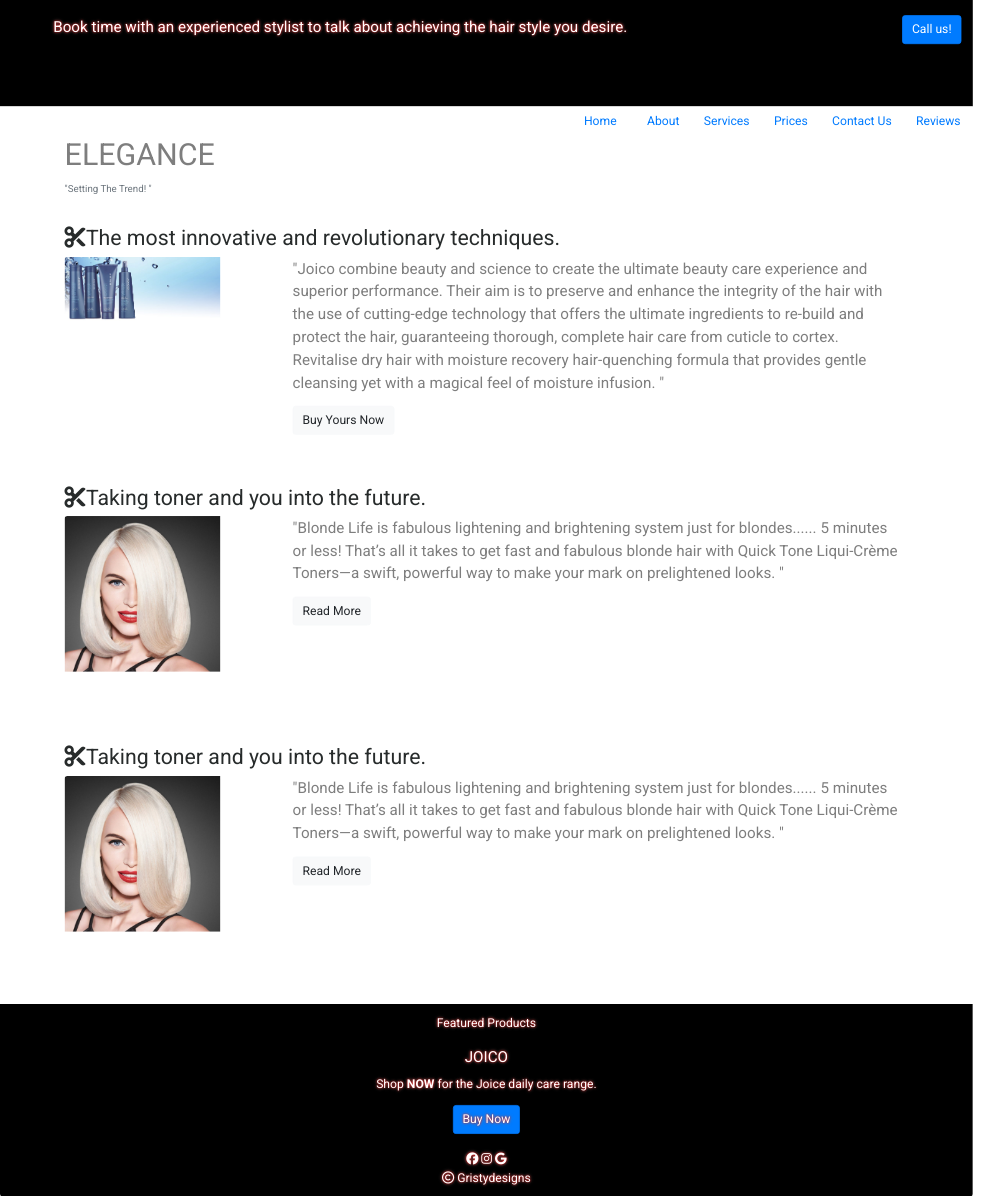
Repository: Gristydesigns/elegance-salon
Page: products.html
The author's editor kept a record of every edit. The page is drawn from the files as they stood at one moment, then again after the next edit.
The browser window is 1280 px wide. The page is 1295 px wide, so the pictures cover 1295 px, including what lies to the right of the window. The pictures show the whole page, at 76% of full size.
Some web libraries are served in a nearby version.

Above is the page before.
Console error: TypeError: Cannot read properties of undefined (reading 'fn')

After the next edit:
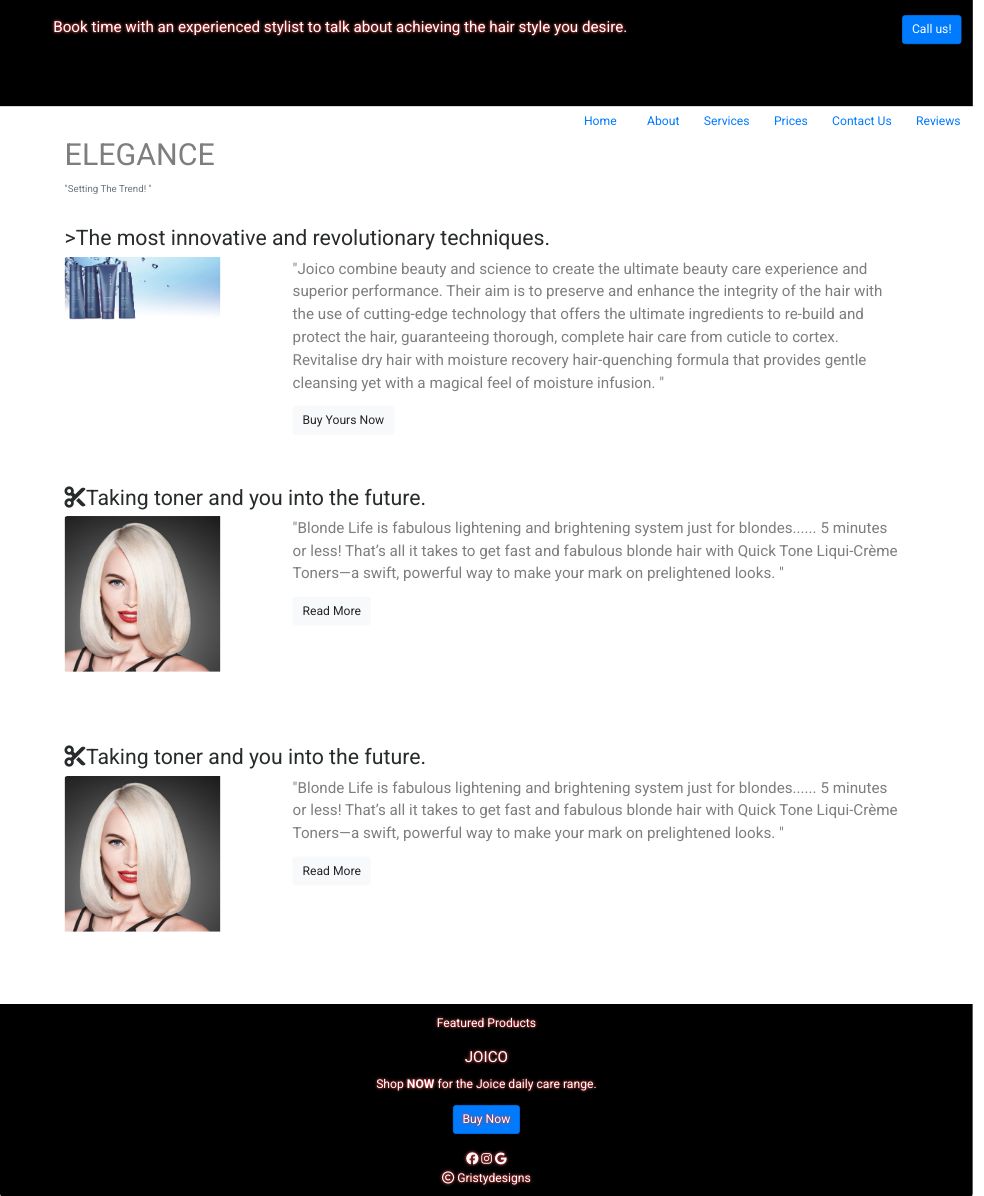
The edit:
--- a/products.html
+++ b/products.html
@@ -72,7 +72,7 @@
   <!--feature article 1---------------------->
     <div class="row ">
      <div class="col-12 ">
-      <h3 class="text "><i class="fas fa-cut "></i>The most innovative and revolutionary techniques. </h3>
+      <h3 class="text ">>The most innovative and revolutionary techniques. </h3>
         <div class="media ">
         <img src="image/Moisture-Recovery.jpg " class="img-fluid rounded " alt="Responsive image ">
           </div>
